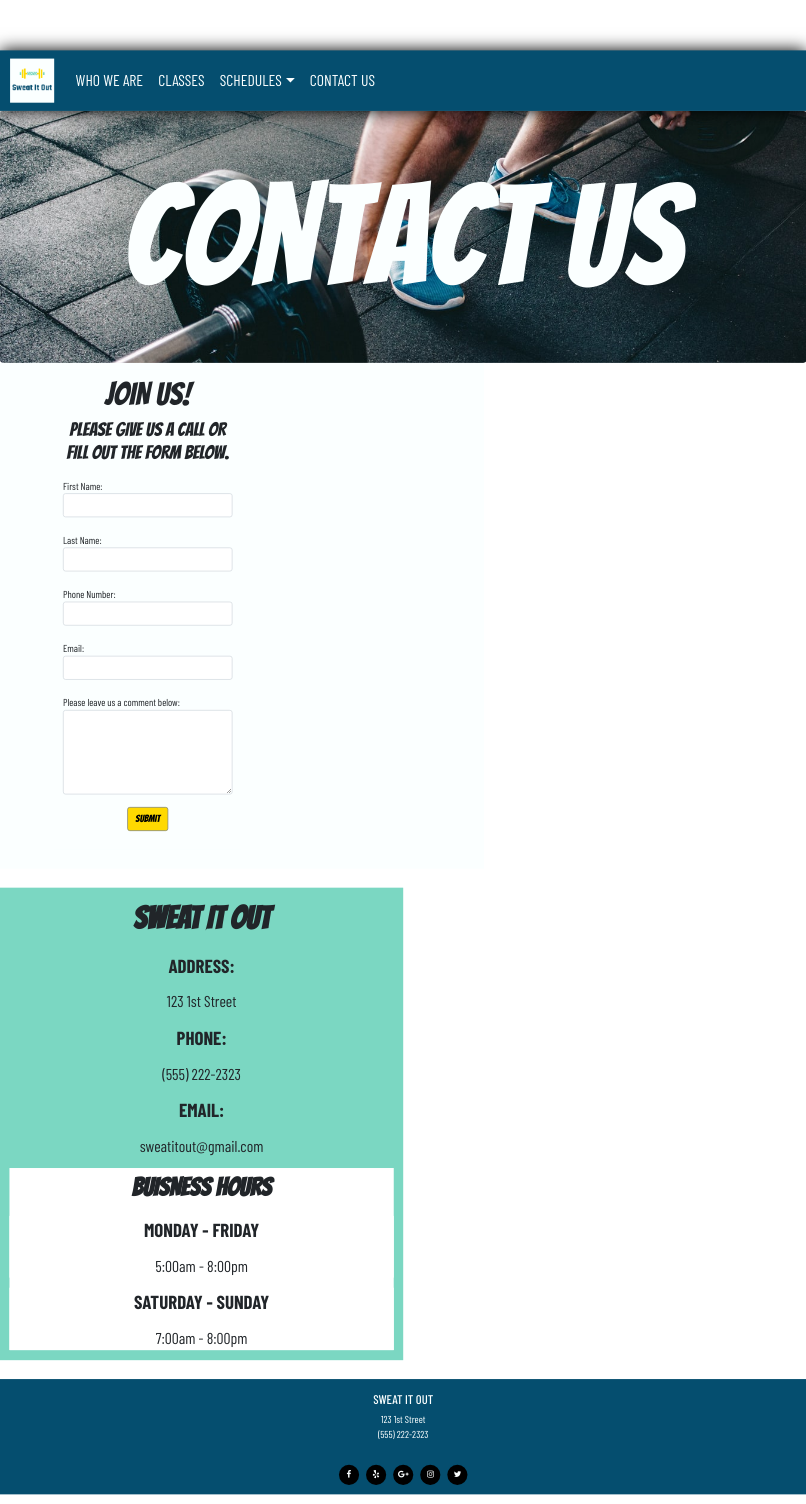
Repository: amybru/sweatitout
Page: contact.html
The author's editor kept a record of every edit. The page is drawn from the files as they stood at one moment, then again after the next edit.
The browser window is 1280 px wide. The pictures show the whole page, at 63% of full size.
Some web fonts or font styles are not loaded; a fallback is used. Some web libraries are served in a nearby version.

Above is the page before.

After the next edit:
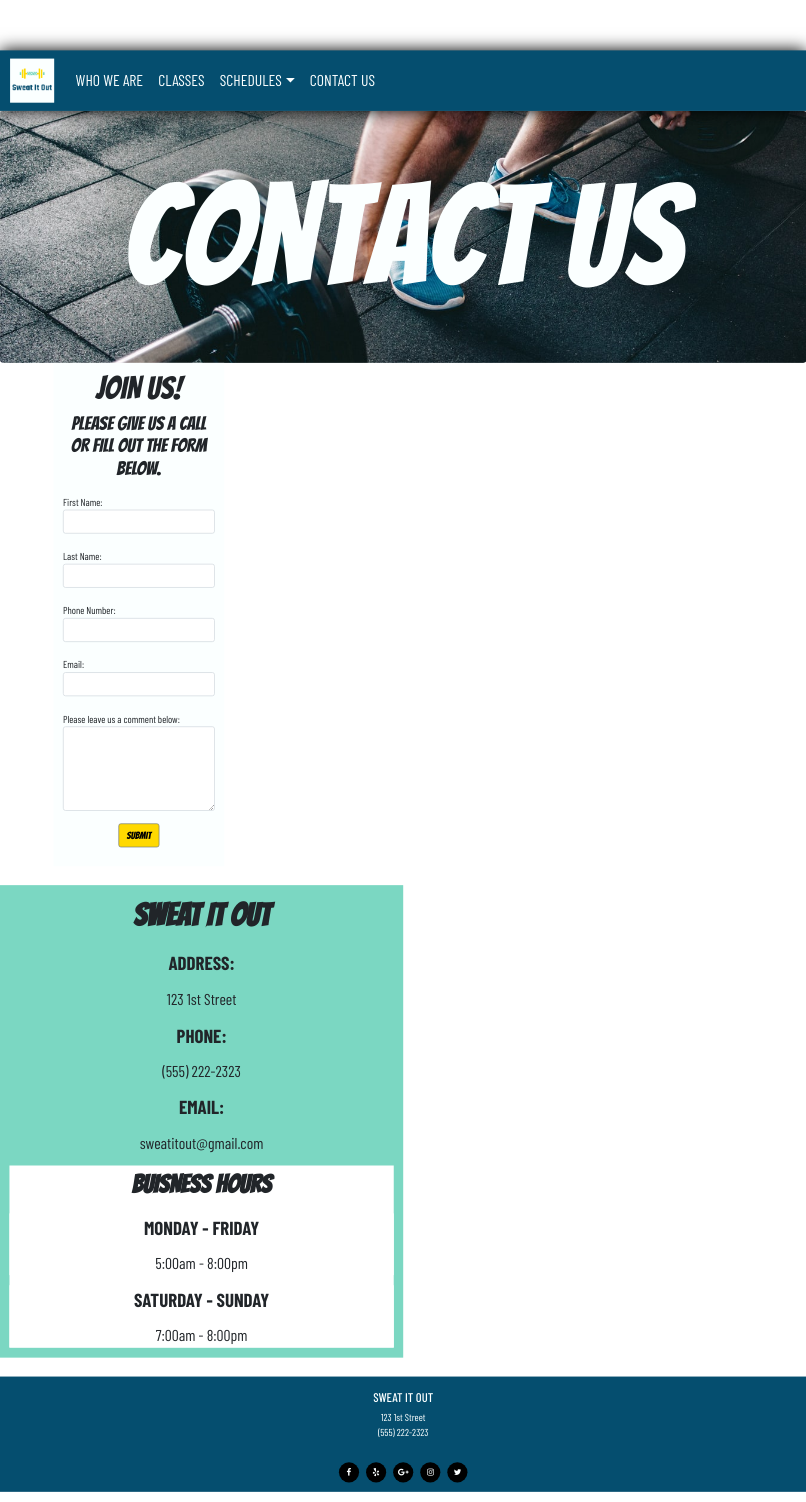
The edit:
--- a/contact.html
+++ b/contact.html
@@ -137,7 +137,7 @@
                 </div>
 
       </div>
-      <div class="column right">
+
                 <div class="row contact-form">
                     <div class="column right col col-md-6 order-2 order-md-1">
                         <h3 class="contact-heading uppercase text-center">Join Us!</h3>
